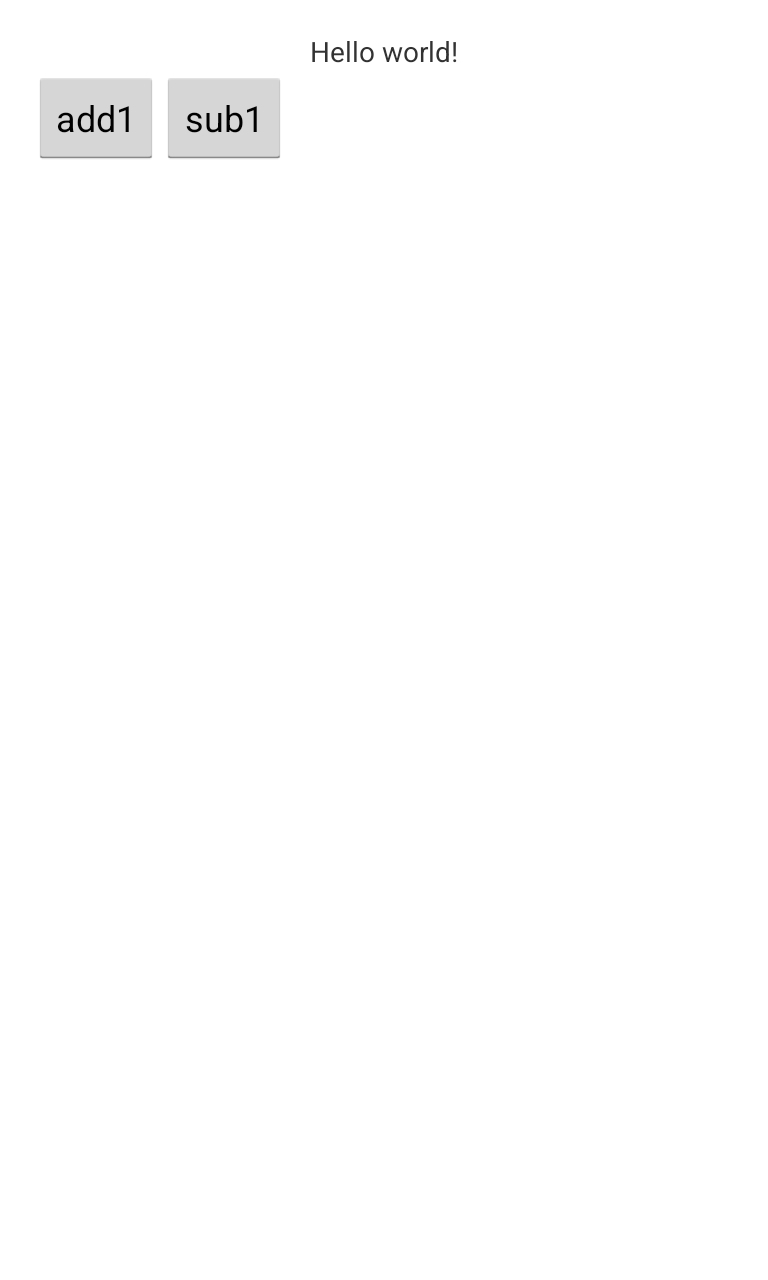
Repository: ShigerD/AndroidSample
Layout: Sample/Sample4/Sample4_2/Button/res/layout/activity_main.xml
An editor plug-in stored every save of this project. The layout is shown before and after the next save, followed by the edit.
It is drawn on a 768 x 1280 px phone screen (xhdpi) without system bars, with theme AppTheme; the app's code is not run.

Above is the layout before, as saved 2016-08-18 08:53:55.

### Sample/Sample4/Sample4_2/Button/res/layout/activity_main.xml
<RelativeLayout xmlns:android="http://schemas.android.com/apk/res/android"
    xmlns:tools="http://schemas.android.com/tools"
    android:layout_width="match_parent"
    android:layout_height="match_parent"
    android:paddingBottom="@dimen/activity_vertical_margin"
    android:paddingLeft="@dimen/activity_horizontal_margin"
    android:paddingRight="@dimen/activity_horizontal_margin"
    android:paddingTop="@dimen/activity_vertical_margin"
    tools:context="com.example.button.MainActivity" >

    <TextView
        android:id="@+id/textView1"
        android:layout_width="wrap_content"
        android:layout_height="wrap_content"
        android:layout_centerHorizontal="true"
        android:text="@string/hello_world" />

    <LinearLayout
        android:id="@+id/linearLayout1"
        android:layout_width="match_parent"
        android:layout_height="wrap_content"
        android:layout_below="@+id/textView1"

     >

        <Button
            android:id="@+id/button1"
            android:layout_width="wrap_content"
            android:layout_height="wrap_content"
            android:text="@string/add1" />

        <Button
            android:id="@+id/button2"
            android:layout_width="wrap_content"
            android:layout_height="wrap_content"
            android:text="@string/sub1" />
    </LinearLayout>

    <LinearLayout
        android:layout_width="match_parent"
        android:layout_height="wrap_content"

        android:layout_below="@+id/linearLayout1"
     >
    </LinearLayout>

</RelativeLayout>

### Sample/Sample4/Sample4_2/Button/res/values/strings.xml
<?xml version="1.0" encoding="utf-8"?>
<resources>

    <string name="app_name">Button</string>
    <string name="hello_world">Hello world!</string>
    <string name="action_settings">Settings</string>
    <string name="add1">add1</string>
    <string name="sub1">sub1</string>

</resources>

Loaded but not shown: Sample/Sample4/Sample4_2/Button/res/values/styles.xml (common file); Sample/Sample4/Sample4_2/Button/res/values-v11/styles.xml (common file); Sample/Sample4/Sample4_2/Button/res/values-v14/styles.xml (common file); Sample/Sample4/Sample4_2/Button/res/values/dimens.xml (common file); Sample/Sample4/Sample4_2/Button/res/values-w820dp/dimens.xml (common file)

After the next save:
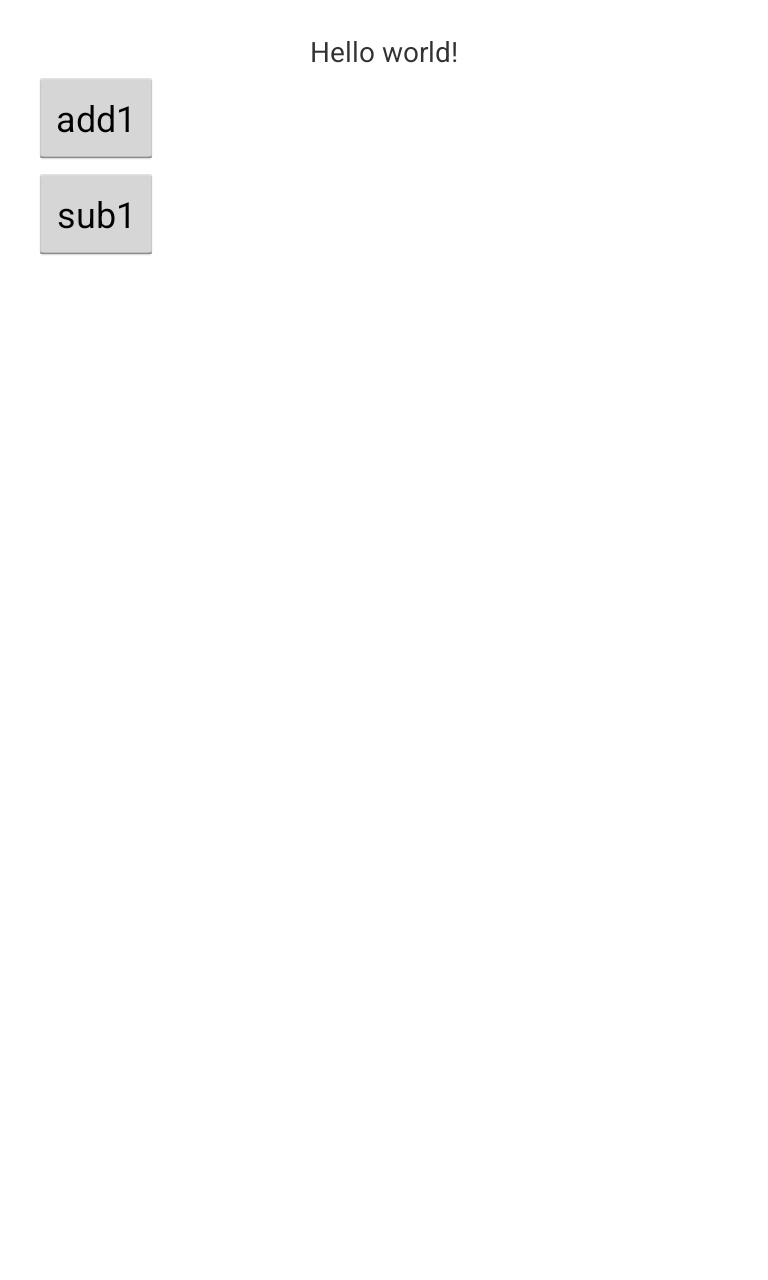
Saved 10 s later.
--- a/Sample/Sample4/Sample4_2/Button/res/layout/activity_main.xml
+++ b/Sample/Sample4/Sample4_2/Button/res/layout/activity_main.xml
@@ -28,12 +28,6 @@
             android:layout_width="wrap_content"
             android:layout_height="wrap_content"
             android:text="@string/add1" />
-
-        <Button
-            android:id="@+id/button2"
-            android:layout_width="wrap_content"
-            android:layout_height="wrap_content"
-            android:text="@string/sub1" />
     </LinearLayout>
 
     <LinearLayout
@@ -42,6 +36,13 @@
 
         android:layout_below="@+id/linearLayout1"
      >
+
+        <Button
+            android:id="@+id/button2"
+            android:layout_width="wrap_content"
+            android:layout_height="wrap_content"
+            android:text="@string/sub1" />
+
     </LinearLayout>
 
 </RelativeLayout>
